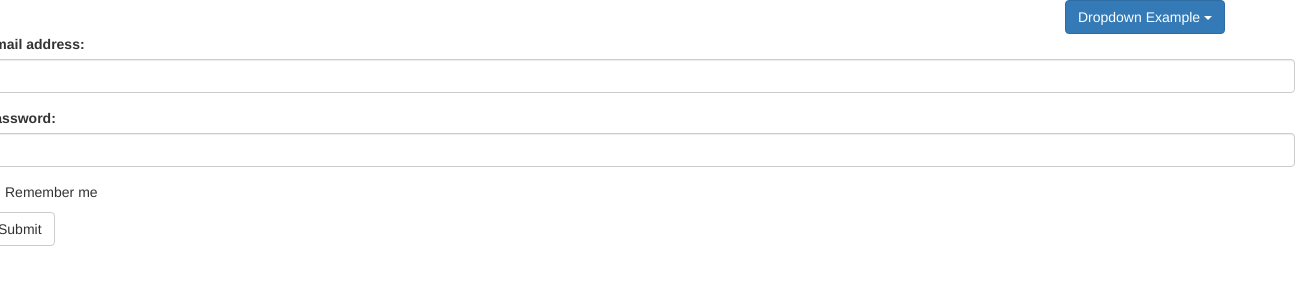
Repository: Trongphamsr/eclip-crud-ss-date-jsp
Page: http://localhost/dangonngu2/
An editor plug-in stored every save of this project. The page is shown before and after the next save, followed by the edit.
The browser window is 1280 px wide. The page is 1295 px wide, then 1280 px, so the pictures cover 1295 px, including what lies to the right of the window. The pictures show the whole page.
The page is served by Tomcat 9.

Above is the page before, as saved 2018-06-14 23:09:59.

After the next save:
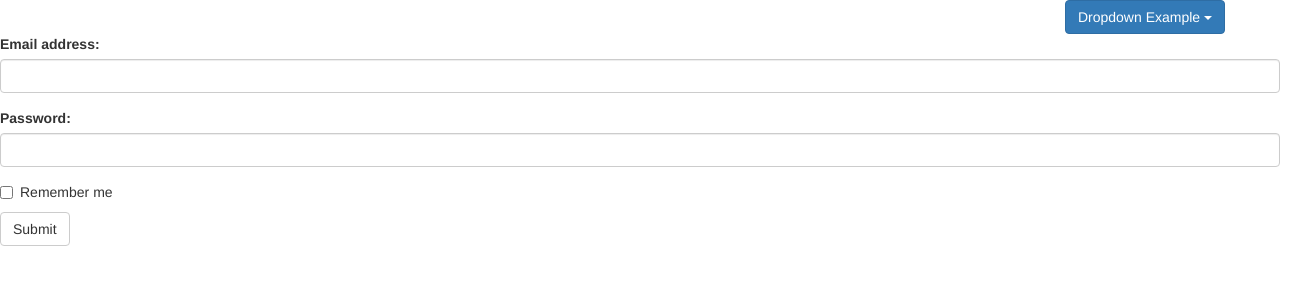
Saved 53 s later.
--- a/eclip_22_6_2018/dangonngu2/WebContent/index.jsp
+++ b/eclip_22_6_2018/dangonngu2/WebContent/index.jsp
@@ -22,7 +22,7 @@
 	  </div>
 	</div>
  </div>
- <div class="row">
+ <div >
 
  	<form action="/action_page.php">
 	  <div class="form-group">
